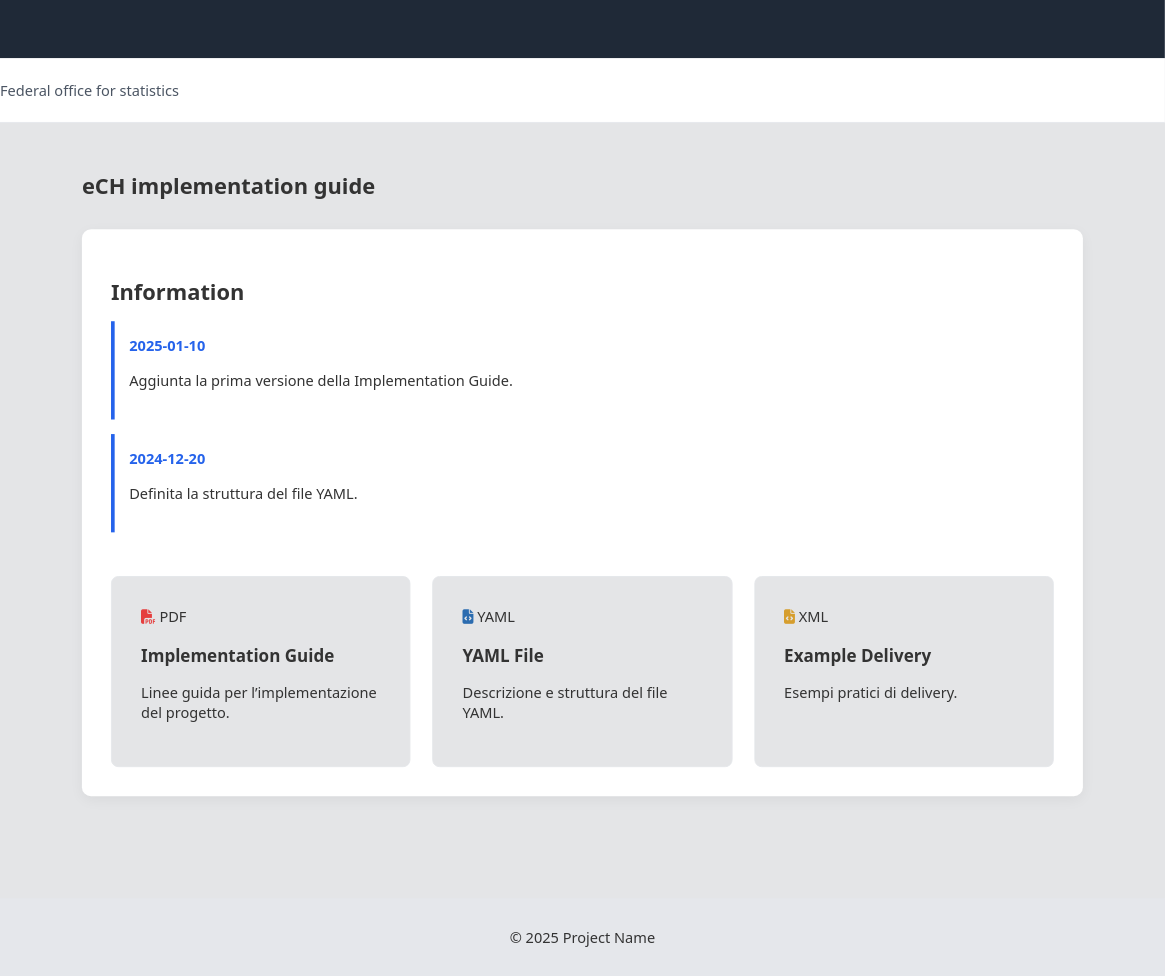
Repository: bfspoku/ech-0252-docs
Page: index.html
An editor plug-in stored every save of this project. The page is shown before and after the next save, followed by the edit.
The browser window is 1280 px wide. The pictures show the whole page, at 91% of full size.

Above is the page before, as saved 2025-12-16 15:43:22.

### index.html
<!-- LINK FOR FONTS -->
<link rel="preconnect" href="https://fonts.googleapis.com">
<link rel="preconnect" href="https://fonts.gstatic.com" crossorigin>
<link href="https://fonts.googleapis.com/css2?family=Noto+Sans:ital,wght@0,400;0,600;0,700;1,400&display=swap" rel="stylesheet">
<!-- LINK FOR SVG -->
<link rel="stylesheet" href="https://cdnjs.cloudflare.com/ajax/libs/font-awesome/6.5.0/css/all.min.css">

<!DOCTYPE html>
<html lang="it">
<head>
  <meta charset="UTF-8">
  <title>eCH implementation guide</title>
  <link rel="stylesheet" href="css/style.css">
</head>
<body>

<header>

</header>

<section class="sub-banner">
      <p>Federal office for statistics</p>
</section>


<main>
    <h2>eCH implementation guide</h2>
    <section class = "wrapper">
    <!-- INFORMATION -->
    <section class="information">
        <h2>Information</h2>

        <ul class="updates">
        <li>
            <span class="date">2025-01-10</span>
            <p>Aggiunta la prima versione della Implementation Guide.</p>
        </li>
        <li>
            <span class="date">2024-12-20</span>
            <p>Definita la struttura del file YAML.</p>
        </li>
        </ul>
        <See all>
    </section>

    <!-- CARDS -->
    <section class="cards">
        <a class="card" href="implementation-guide.html">
        <i class="fas fa-file-pdf" style="color:#E53E3E;"></i> PDF
        <h3>Implementation Guide</h3>
        <p>Linee guida per l’implementazione del progetto.</p>
        </a>

        <a class="card" href="yaml-file.html">
        <i class="fas fa-file-code" style="color:#2B6CB0;"></i> YAML
        <h3>YAML File</h3>
        <p>Descrizione e struttura del file YAML.</p>
        </a>

        <a class="card" href="example-delivery.html">
        <i class="fas fa-file-code" style="color:#D69E2E;"></i> XML
        <h3>Example Delivery</h3>
        <p>Esempi pratici di delivery.</p>
        </a>
    </section>

    </section>

</main>

<footer>
  <p>© 2025 Project Name</p>
</footer>

</body>
</html>

### css/style.css
body {
    font-family: 'Noto Sans', system-ui, -apple-system, BlinkMacSystemFont,
    'Segoe UI', Roboto, Ubuntu, Cantarell, 'Helvetica Neue',
    Arial, sans-serif;
    margin: 0;
    background: #e4e5e7;
    color: #333;
  }

  header {
    background: #1f2937;
    color: white;
    padding: 2rem;
  }

  /* SUB-BANNER */
  .sub-banner {
    background-color: white;   /* bianco puro */
    padding: 1.5rem 0;         /* verticale */
    border-bottom: 1px solid #e5e7eb; /* linea di separazione */
  }

  .sub-banner h2 {
    margin: 0 0 0.5rem 0;
    font-weight: 600;
    color: #111827;
  }

  .sub-banner p {
    margin: 0;
    color: #4b5563;
    font-size: 16px;
  }

  main {
    padding: 2rem;
    max-width: 1100px;
    margin: auto;
  }

  h1, h2 {
    margin-bottom: 1rem;
  }

  /* Main wrapper for all the pages */
  .wrapper {
    max-width: 1100px;      /* larghezza massima */
    margin: 2rem auto;      /* centrato orizzontalmente, margine verticale */
    padding: 2rem;          /* spazio interno */
    background-color: #ffffff;  /* bianco-beige chiaro */
    border-radius: 10px;    /* angoli arrotondati */
    box-shadow: 0 4px 15px rgba(0,0,0,0.05); /* leggero effetto profondità */
  }

  /* INFORMATION */
  .information {
    margin-bottom: 3rem;
  }

  .updates {
    list-style: none;
    padding: 0;
  }

  .updates li {
    background: white;
    padding: 1rem;
    border-left: 4px solid #2563eb;
    margin-bottom: 1rem;
  }

  .date {
    font-weight: bold;
    color: #2563eb;
  }

  /* CARDS */
  .cards {
    display: grid;
    grid-template-columns: repeat(auto-fit, minmax(250px, 1fr));
    gap: 1.5rem;
  }

  .card {
    background: #e4e5e7;
    padding: 2rem;
    text-decoration: none;
    color: inherit;
    border: 1px solid #e5e7eb;
    border-radius: 8px;
    transition: transform 0.2s, box-shadow 0.2s;
  }

  .card:hover {
    transform: translateY(-5px);
    box-shadow: 0 10px 20px rgba(0,0,0,0.1);
  }

  footer {
    text-align: center;
    padding: 1rem;
    background: #e5e7eb;
    margin-top: 3rem;
  }

After the next save:
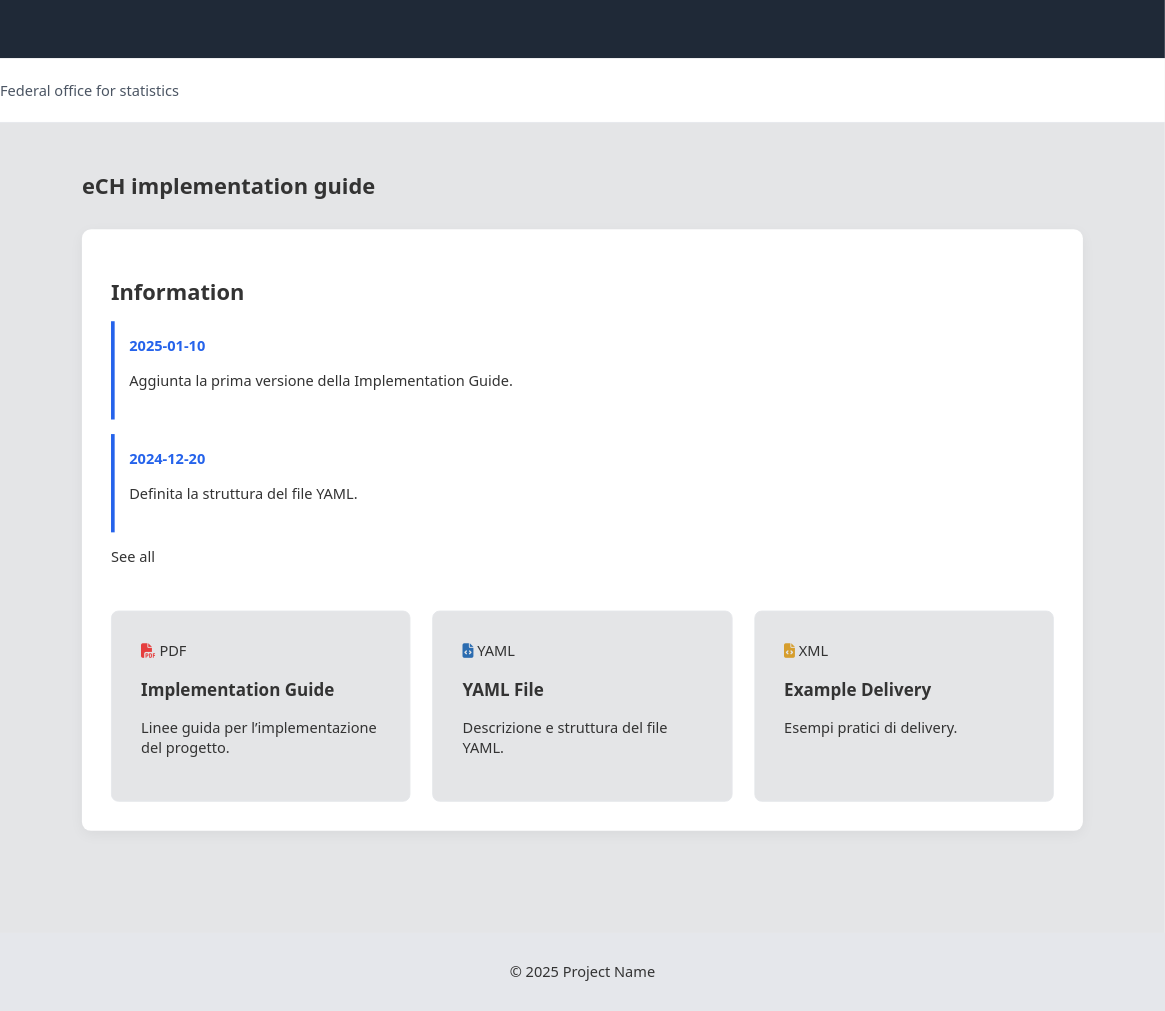
Saved 12 s later.
--- a/index.html
+++ b/index.html
@@ -40,7 +40,7 @@
             <p>Definita la struttura del file YAML.</p>
         </li>
         </ul>
-        <See all>
+        <p>See all</p>
     </section>
 
     <!-- CARDS -->
